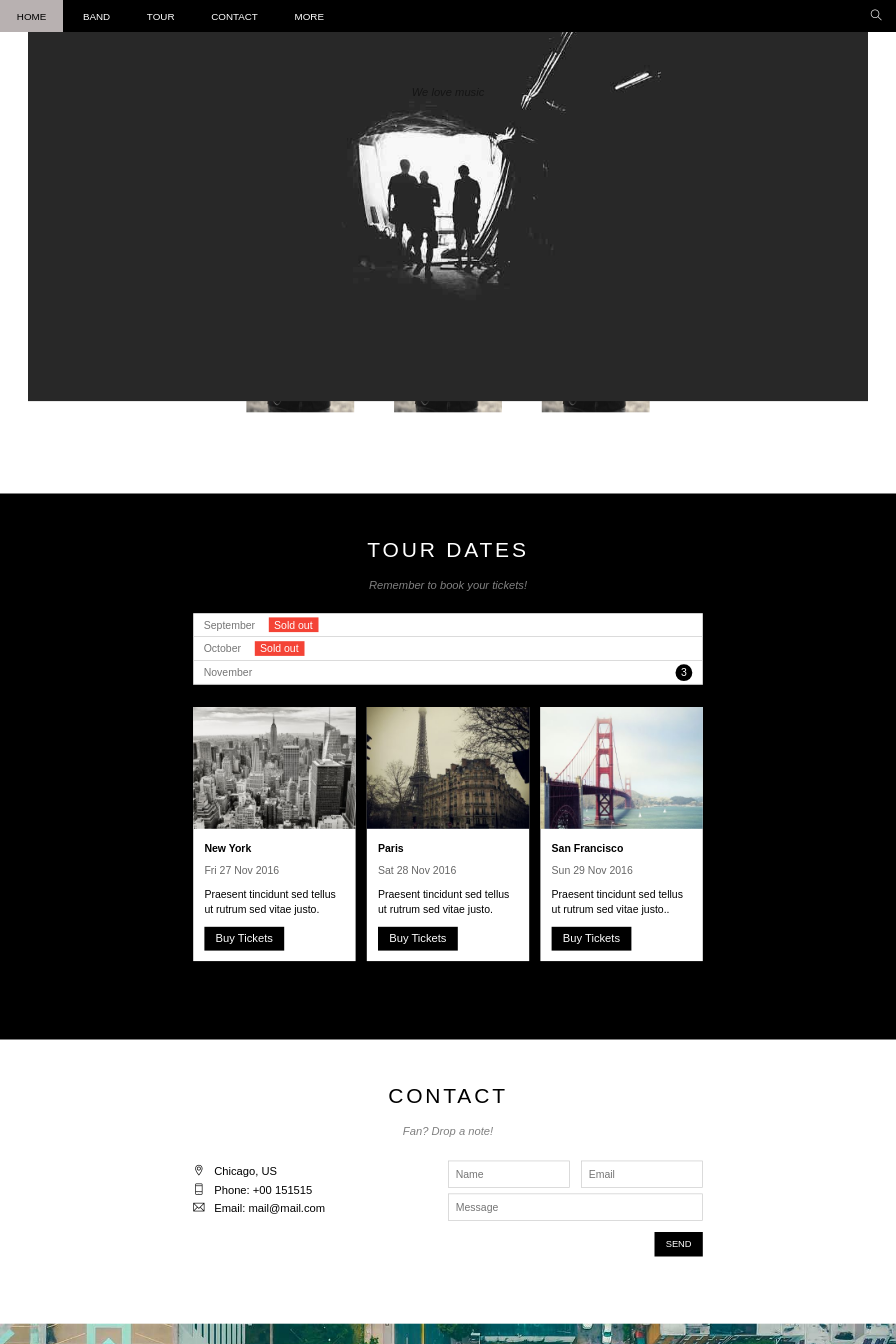
Repository: phamquy01/the-band
Page: index.html
The author's editor kept a copy of each file at every save. The page is drawn from the files as they stood at one save, then again after the next save.
The browser window is 1280 px wide. The pictures show the part of the page from y = 0 to 1920 px (the page is 2818 px tall before and 3504 px after), at 70% of full size.

Above is the page before, as saved 2022-04-21 10:58:11.

### index.html
<!DOCTYPE html>
<html lang="en">
  <head>
    <meta charset="UTF-8" />
    <meta name="viewport" content="width=device-width, initial-scale=1.0" />
    <title>The Band</title>
    <link
      rel="icon"
      href="https://fullstack.edu.vn/assets/favicon/apple-icon-114x114.png"
      type="image/x-icon"
    />
    <link rel="stylesheet" href="./assets/css/style.css" />
    <link rel="stylesheet" href="./assets/css/responsive.css" />
    <link rel="stylesheet" href="./assets/js/main.js" />
    <link
      rel="stylesheet"
      href="./assets/font/themify-icons/themify-icons.css"
    />
  </head>
  <body>
    <div id="main">
      <div id="header">
        <ul class="nav">
          <li><a href="#">Home</a></li>
          <li><a href="#band">Band</a></li>
          <li><a href="#tour">Tour</a></li>
          <li><a href="#contact">Contact</a></li>
          <li>
            <a href="">More</a>
            <ul id="subnav">
              <li><a href="#">Merchandise</a></li>
              <li><a href="#">Extras</a></li>
              <li><a href="#">Media</a></li>
            </ul>
          </li>
        </ul>
        <div class="search-btn">
          <i class="search-icon ti-search"></i>
        </div>
        <div id="mobile-menu" class="menu-btn">
          <i class="menu-icon ti-menu"></i>
        </div>
      </div>
      <div id="slider">
        <div class="text-content">
          <img src="./assets/img/slider1/la.jpg" alt="anh" />
          <div class="text-heading">Los Angeles</div>
          <p class="text-description">
            We had the best time playing at Venice Beach!
          </p>
        </div>
      </div>
      <div id="content">
        <div id="band" class="content1">
          <div class="container1">
            <p class="text1">The Band</p>
            <p class="text2">We love music</p>
            <p class="text3">
              We have created a fictional band website. Lorem ipsum dolor sit
              amet, consectetur adipiscing elit, sed do eiusmod tempor
              incididunt ut labore et dolore magna aliqua. Ut enim ad minim
              veniam, quis nostrud exercitation ullamco laboris nisi ut aliquip
              ex ea commodo consequat. Duis aute irure dolor in reprehenderit in
              voluptate velit esse cillum dolore eu fugiat nulla pariatur.
              Excepteur sint occaecat cupidatat non proident, sunt in culpa qui
              officia deserunt mollit anim id est laborum consectetur adipiscing
              elit, sed do eiusmod tempor incididunt ut labore et dolore magna
              aliqua. Ut enim ad minim veniam, quis nostrud exercitation ullamco
              laboris nisi ut aliquip ex ea commodo consequat.
            </p>
            <div class="row-third team-list">
              <div class="member">
                <div class="text-name">Name</div>
                <img src="./assets/img/slider1/bandmember.jpg" class="anh1" />
              </div>
              <div class="member">
                <div class="text-name">Name</div>
                <img src="./assets/img/slider1/bandmember.jpg" class="anh1" />
              </div>
              <div class="member">
                <div class="text-name">Name</div>
                <img src="./assets/img/slider1/bandmember.jpg" class="anh1" />
              </div>
            </div>
          </div>
        </div>
        <div id="tour" class="content2">
          <div class="container1">
            <p class="text1 text-white">TOUR DATES</p>
            <p class="text2 text-white">Remember to book your tickets!</p>
            <div class="tour-buy">
              <p class="September text-sliver">
                September <span class="Sold-out">Sold out</span>
              </p>
              <p class="October text-sliver">
                October <span class="Sold-out">Sold out</span>
              </p>
              <p class="November text-sliver">
                November <span class="number3 text-white">3</span>
              </p>
            </div>
            <div class="row row-third tour-list">
              <div class="col tour1">
                <img src="./assets/img/slider1/newyork.jpg" class="tour-img" />
                <div class="tour-member">
                  <p class="address">New York</p>
                  <p class="date">Fri 27 Nov 2016</p>
                  <p class="note">
                    Praesent tincidunt sed tellus ut rutrum sed vitae justo.
                  </p>
                  <a class="button">Buy Tickets</a>
                </div>
              </div>
              <div class="col tour1">
                <img src="./assets/img/slider1/paris.jpg" class="tour-img" />
                <div class="tour-member">
                  <p class="address">Paris</p>
                  <p class="date">Sat 28 Nov 2016</p>
                  <p class="note">
                    Praesent tincidunt sed tellus ut rutrum sed vitae justo.
                  </p>
                  <a class="button">Buy Tickets</a>
                </div>
              </div>
              <div class="col tour1">
                <img src="./assets/img/slider1/sanfran.jpg" class="tour-img" />
                <div class="tour-member">
                  <p class="address">San Francisco</p>
                  <p class="date">Sun 29 Nov 2016</p>
                  <p class="note">
                    Praesent tincidunt sed tellus ut rutrum sed vitae justo..
                  </p>
                  <a class="button">Buy Tickets</a>
                </div>
              </div>
            </div>
          </div>
        </div>
        <div id="contact" class="content1">
          <div class="container1">
            <p class="text1">CONTACT</p>
            <p class="text2">Fan? Drop a note!</p>
            <div class="row-third box1">
              <div class="col-half info">
                <p><i class="ti-location-pin"></i>Chicago, US</p>
                <p><i class="ti-mobile"></i>Phone: +00 151515</p>
                <p><i class="ti-email"></i>Email: mail@mail.com</p>
              </div>
              <div class="col-half">
                <form action="">
                  <div class="form">
                    <div class="row row-third form1">
                      <input
                        type="text"
                        name="Name"
                        placeholder="Name"
                        id="Name"
                        class="col form-input"
                        required
                      />
                      <input
                        type="email"
                        name=""
                        placeholder="Email"
                        required
                        id=""
                        class="col form-input"
                      />
                    </div>
                    <div class="form1">
                      <input
                        type="text"
                        name=""
                        placeholder="Message"
                        id=""
                        class="form-input"
                      />
                    </div>
                    <div class="form1">
                      <input type="submit" value="SEND" class="form-input1" />
                    </div>
                  </div>
                </form>
              </div>
            </div>
          </div>
        </div>
        <div class="map">
          <img src="./assets/img/slider1/map.jpg" alt="" class="map-img" />
        </div>
      </div>
      <div id="footer">
        <div class="icon-footer">
          <a href=""><i class="ti-facebook"></i></a>
          <a href=""><i class="ti-instagram"></i></a>
          <a href=""><i class="ti-skype"></i></a>
          <a href=""><i class="ti-pinterest"></i></a>
          <a href=""><i class="ti-twitter-alt"></i></a>
          <a href=""><i class="ti-linkedin"></i></a>
        </div>
        <p class="text-footer">Powered by <a href="">w3.css</a></p>
      </div>
    </div>
    <script>
      var header = document.getElementById("header");
      var mobileMenu = document.getElementById("mobile-menu");
      var headerHeight = header.clientHeight;

      mobileMenu.onclick = function () {
        var isClosed = header.clientHeight === headerHeight;
        if (isClosed) {
          header.style.height = "auto";
        } else {
          header.style.height = null;
        }
      };
    </script>
  </body>
</html>

### assets/css/style.css
* {
  padding: 0;
  margin: 0;
  box-sizing: border-box;
}
/*common*/

html {
  scroll-behavior: smooth;
  font-family: Arial, Helvetica, sans-serif;
}

.text-white {
  color: white !important;
}
.row {
  margin-left: -8px;
  margin-right: -8px;
}
.row-third {
  display: flex;
}
.col {
  margin-left: 8px;
  margin-right: 8px;
}
.col-full {
  width: 100%;
  display: inline-block;
}
.col-half {
  width: 50%;
}
#header {
  height: 46px;
  background-color: black;
  display: flex;
  position: fixed;
  left: 0;
  top: 0;
  right: 0;
  z-index: 1;
}
.nav > li {
  display: inline-block;
}
.nav li {
  position: relative;
  list-style: none;
}
.nav #subnav {
  position: absolute;
  display: none;
  left: 0;
  top: 100%;
  box-shadow: 0 0 10px rgba(0, 0, 0, 0.3);
}
.nav #subnav li:hover a {
  color: black;
  background-color: rgb(184, 177, 177);
}
.nav #subnav li a {
  line-height: 38px;
  padding: 0 16px;
  min-width: 150px;
}
.nav > li:hover a {
  color: black;
  background-color: rgb(255, 255, 255);
}
.nav > li:hover > a {
  background-color: rgb(184, 177, 177);
}
.nav > li > a {
  text-transform: uppercase;
}
.nav > li:hover #subnav {
  display: block;
}
.nav a {
  color: white;
  text-decoration: none;
  padding: 0 24px;
  line-height: 46px;
  font-size: 14px;
  display: block;
}
.menu-btn,
.search-btn {
  margin-left: auto;
  line-height: 46px;
  cursor: pointer;
  height: 46px;
}
.menu-icon,
.search-icon {
  color: white;
  margin: 46px 20px;
}
.search-btn:hover {
  background-color: red;
}
/* #slider {
  position: relative;
  margin-top: 46px;
  padding-top: 50%;
  background: url(assets/img/slider1/la.jpg) no-repeat;
  background-size: cover;
  background-position: top center;
} */
.text-content {
  position: absolute;
  bottom: 0;
  color: white;
  text-align: center;
  /* left: 50%;
    transform: translateX(-50%); */
  width: 100%;
  margin: 48px 0;
}
.text-heading {
  margin: 25px 0;
  font-size: 24px;
  font-weight: 400;
}
.text-description {
  font-size: 15px;
  font-weight: bolder;
  text-shadow: 0 0 1px white;
}
#content {
}
.container1 {
  margin-left: auto;
  margin-right: auto;
  padding: 64px 36px;
  width: 800px;
  max-width: 100%;
}
.text1 {
  font-size: 30px;
  text-transform: uppercase;
  letter-spacing: 4px;
  text-align: center;
}
.text2 {
  text-align: center;
  margin-top: 25px;
  font-style: italic;
  opacity: 0.5;
}
.text3 {
  margin-top: 25px;
  text-align: justify;
  line-height: 1.4;
}
.team-list {
  justify-content: space-around;
  margin: 48px;
}
.text-name {
  font-size: 15px;
  margin-top: 32px;
  text-align: center;
}

.content2 {
  background-color: black;
}
.tour-buy {
  background-color: white;
  font-size: 15px;
  margin: 30px 0;
}
.tour-buy > p {
  padding: 8px 15px;
  border-bottom: 1px solid #ccc;
  color: #757575;
}
.Sold-out {
  background-color: #f44336;
  color: white;
  padding: 2px 8px;
  margin: 0 15px;
}
.number3 {
  background-color: black;
  border-radius: 50%;
  padding: 0 8px;
  float: right;
  width: 24px;
  height: 24px;
  line-height: 24px;
  margin-top: -3px;
}
.tour-list {
  margin-top: 32px;
  margin-bottom: 48px;
}
.tour-img {
  width: 100%;
}
.tour-img:hover {
  opacity: 0.6;
}
.tour-member {
  margin: 15px 16px;
}
.tour-member > p {
  margin: 15px 0;
  font-size: 15px;
}
.tour1 {
  background-color: white;
}
.address {
  font-weight: 600;
}
.date {
  opacity: 0.6;
}
.note {
  line-height: 1.4;
}
.button {
  color: white;
  background-color: black;
  padding: 8px 16px;
  display: inline-block;
}
.button:hover {
  background-color: #ccc;
  color: black;
  cursor: pointer;
}
.box1 {
  margin: 32px 0;
}
.info i[class*="ti-"] {
  width: 30px;
  display: inline-block;
  line-height: 1.7;
}
.form-input {
  border: 1px solid #ccc;
  padding: 10px;
  font-size: 15px;
  width: 100%;
}
.form1 {
  margin-bottom: 8px;
}
.form-input1 {
  border: 1px solid black;
  background-color: black;
  color: white;
  padding: 10px 16px;
  float: right;
  margin-top: 8px;
  border: none;
  cursor: pointer;
}
.form-input1:hover {
  background-color: #ccc;
  color: black;
  outline: none;
}
.map-img {
  width: 100%;
}
#footer {
  padding: 64px 16px;
  text-align: center;
}
.icon-footer a {
  font-size: 24px;
  color: rgba(0, 0, 0, 0.6);
  text-decoration: none;
  margin: 0 4px;
}
#footer > p {
  font-size: 15px;
  margin: 15px 0;
  color: rgba(0, 0, 0, 0.6);
}
#footer .text-footer > a {
  color: rgba(0, 0, 0, 0.6);
}
#footer .text-footer > a:hover,
.icon-footer a:hover {
  color: rgba(0, 0, 0, 0.3);
}

### assets/css/responsive.css
/* PC */
@media (min-width: 64em) {
  .menu-btn {
    display: none;
  }
  .anh1 {
    margin-top: 15px;
    width: 154px;
  }
}

/* tablet */
@media (min-width: 46.25em) and (max-width: 63.9375em) {
  .menu-btn {
    display: none;
  }
  .anh1 {
    margin-top: 15px;
    width: 154px;
  }
  .team-list {
    justify-content: space-between;
  }
  .team-list img {
    margin: 0 auto;
  }
}

/* mobile */
@media (max-width: 46.1875em) {
  #header {
    overflow: hidden;
  }
  .nav > li {
    display: block;
  }
  .search-btn {
    display: none;
  }
  .menu-btn:hover {
    background-color: white;
    overflow: visible;
  }
  .menu-icon:hover {
    color: black;
  }
  .row-third {
    display: block;
  }
  .anh1 {
    margin-top: 15px;
  }
  .tour-member {
    padding: 15px 0px;
  }
  .col-half {
    width: 100%;
    margin-bottom: 8px;
  }
  .form1 {
    width: 100%;
  }
  .container1 {
    display: inline-block;
  }
}

Loaded but not shown: assets/font/themify-icons/themify-icons.css (common file); assets/js/main.js (no stored copy; drawn as an empty file)

After the next save:
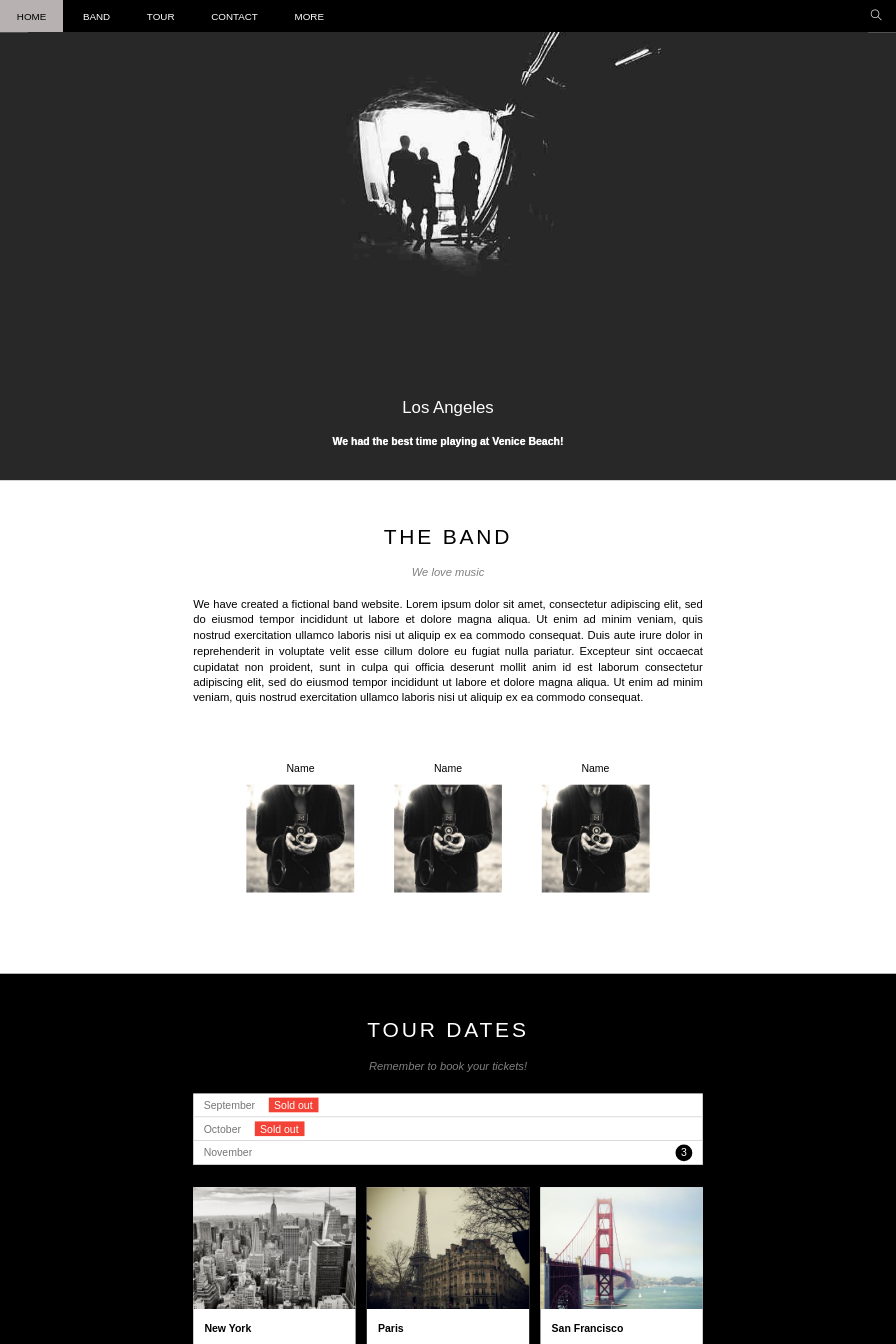
Saved 2 min 51 s later.
--- a/assets/css/style.css
+++ b/assets/css/style.css
@@ -100,14 +100,14 @@
 .search-btn:hover {
   background-color: red;
 }
-/* #slider {
+#slider {
   position: relative;
   margin-top: 46px;
   padding-top: 50%;
   background: url(assets/img/slider1/la.jpg) no-repeat;
   background-size: cover;
   background-position: top center;
-} */
+}
 .text-content {
   position: absolute;
   bottom: 0;
